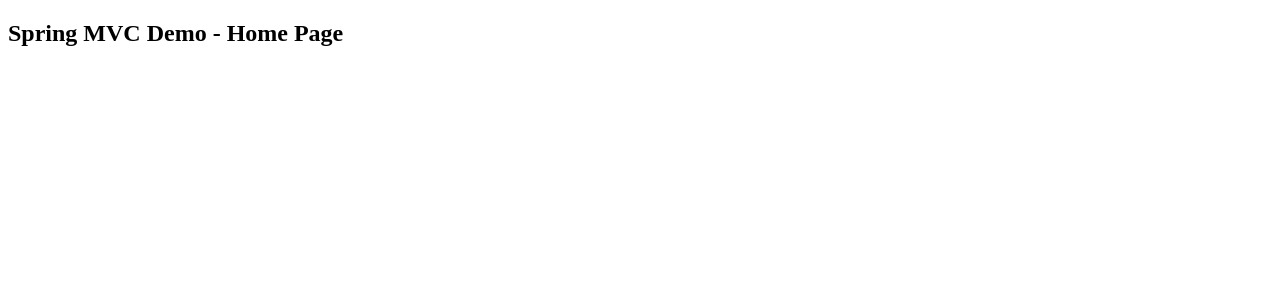
Repository: Thomas85198/SpringTest
Page: http://localhost/spring-mvc-demo/
The author's editor kept a copy of each file at every save. The page is drawn from the files as they stood at one save, then again after the next save.
The browser window is 1280 px wide. The pictures show the whole page.
The page is served by Tomcat 9. Other server files are loaded and not shown.

Above is the page before, as saved 2020-01-12 03:51:07.

### spring-mvc-demo/WebContent/WEB-INF/view/main-menu.jsp
<%@ page language="java" contentType="text/html; charset=UTF-8"
    pageEncoding="UTF-8"%>
<!DOCTYPE html>
<html>

<body>

<h2>Spring MVC Demo - Home Page</h2>

</body>

</html>

After the next save:
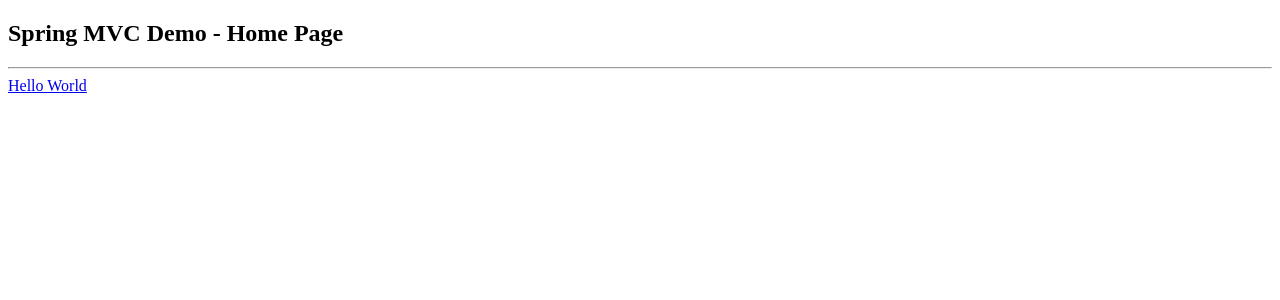
Saved 87 s later.
--- a/spring-mvc-demo/WebContent/WEB-INF/view/main-menu.jsp
+++ b/spring-mvc-demo/WebContent/WEB-INF/view/main-menu.jsp
@@ -7,6 +7,10 @@
 
 <h2>Spring MVC Demo - Home Page</h2>
 
+<hr>
+
+<a href="showForm">Hello World</a>
+
 </body>
 
 </html>
